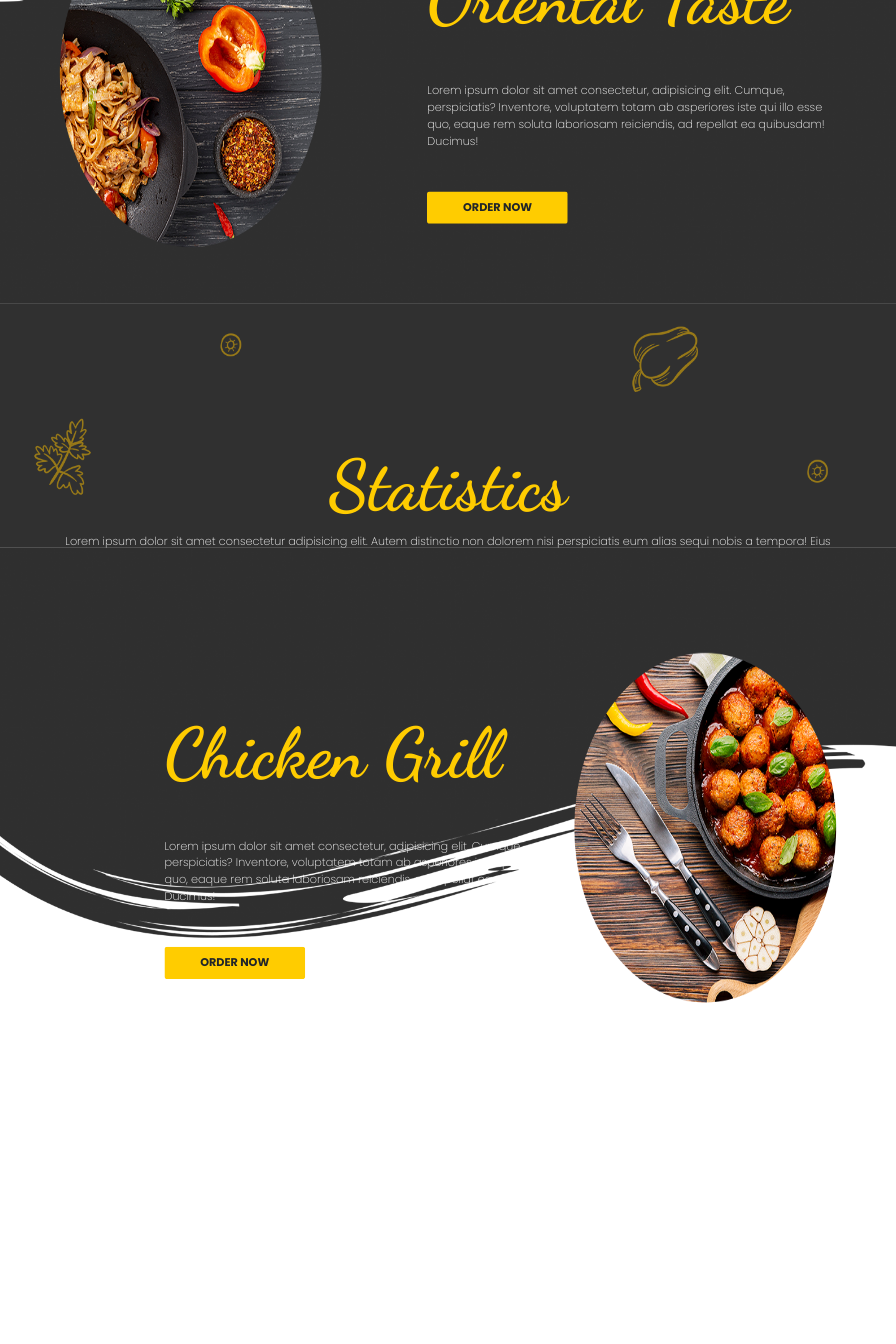
Repository: iphoneboy46/templateRestaurent
Page: index.html
These files come from the project's save history. The page is drawn as it stood at one moment and after the next save; the edit follows.
The browser window is 1280 px wide. The pictures show the part of the page from y = 2152 to 4072 px (the page is 4134 px tall), at 70% of full size.

Above is the page before, as saved 2022-10-12 16:43:50.

### index.html
<!DOCTYPE html>
<html lang="en">

<head>
    <meta charset="UTF-8">
    <meta http-equiv="X-UA-Compatible" content="IE=edge">
    <meta name="viewport" content="width=device-width, initial-scale=1.0">
    <link rel="stylesheet" href="https://cdn.jsdelivr.net/npm/bootstrap@4.3.1/dist/css/bootstrap.min.css"
        integrity="sha384-ggOyR0iXCbMQv3Xipma34MD+dH/1fQ784/j6cY/iJTQUOhcWr7x9JvoRxT2MZw1T" crossorigin="anonymous">
    <script src="https://code.jquery.com/jquery-3.3.1.slim.min.js"
        integrity="sha384-q8i/X+965DzO0rT7abK41JStQIAqVgRVzpbzo5smXKp4YfRvH+8abtTE1Pi6jizo"
        crossorigin="anonymous"></script>
    <script src="https://cdn.jsdelivr.net/npm/popper.js@1.14.7/dist/umd/popper.min.js"
        integrity="sha384-UO2eT0CpHqdSJQ6hJty5KVphtPhzWj9WO1clHTMGa3JDZwrnQq4sF86dIHNDz0W1"
        crossorigin="anonymous"></script>
    <script src="https://cdn.jsdelivr.net/npm/bootstrap@4.3.1/dist/js/bootstrap.min.js"
        integrity="sha384-JjSmVgyd0p3pXB1rRibZUAYoIIy6OrQ6VrjIEaFf/nJGzIxFDsf4x0xIM+B07jRM"
        crossorigin="anonymous"></script>
    <link rel="stylesheet" href="https://cdnjs.cloudflare.com/ajax/libs/font-awesome/6.2.0/css/all.min.css"
        integrity="sha512-xh6O/CkQoPOWDdYTDqeRdPCVd1SpvCA9XXcUnZS2FmJNp1coAFzvtCN9BmamE+4aHK8yyUHUSCcJHgXloTyT2A=="
        crossorigin="anonymous" referrerpolicy="no-referrer" />
    <link rel="stylesheet" href="style.css">
    <title>Document</title>
</head>

<body>
    <header class="header container-fluid">
        <nav class="menu__list pt-3">
            <div class="logo">
                <a class="navbar-brand">
                    <img src="images/logo.png" alt="">
                </a>
            </div>
            <ul class="menu__items">
                <li class="nav-item">
                    <a class="nav-link text-white" href="#">Home</a>
                </li>
                <li class="nav-item">
                    <a class="nav-link text-white" href="#">Product</a>
                </li>
                <li class="nav-item">
                    <a class="nav-link text-white" href="#">Promo</a>
                </li>
                <li class="nav-item">
                    <a class="nav-link text-white" href="#">About</a>
                </li>
                <li class="nav-item">
                    <a class="nav-link text-white" href="#">Contact</a>
                </li>
            </ul>
            <div class="item--search">
                <i class="fa-solid fa-magnifying-glass"></i>
            </div>
        </nav>
        <div class="header__content">
            <h1>Title Here</h1>
            <p>Lorem ipsum dolor sit amet consectetur, adipisicing elit. Cumque, perspiciatis? Inventore, voluptatem
                totam ab asperiores iste qui illo esse quo, eaque rem soluta laboriosam reiciendis, ad repellat ea
                quibusdam! Ducimus!</p>
            <button type="button" class="btn">ORDER NOW</button>
        </div>
    </header>
    <section class="section">
        <div class="section__best-seller container">
            <h1>Best seller</h1>
            <p>Lorem ipsum dolor sit amet consectetur adipisicing elit. Autem distinctio non dolorem nisi perspiciatis
                eum alias sequi nobis a tempora! Eius perferendis sequi provident tempora deserunt ipsa excepturi,
                laboriosam numquam.</p>
            <div class="section__best-seller--list">
                <div class="section__best-seller--item">
                    <div>
                        <img src="images/img1.png" alt="">
                    </div>
                    <div>
                        <h2>Title Here</h2>
                    </div>
                    <div>
                        <p>Lorem ipsum dolor sit amet consectetur adipisicing elit. </p>
                    </div>
                </div>
                <div class="section__best-seller--item">
                    <div>
                        <img src="images/img2.png" alt="">
                    </div>
                    <div>
                        <h2>Title Here</h2>
                    </div>
                    <div>
                        <p>Lorem ipsum dolor sit amet consectetur adipisicing elit. </p>
                    </div>
                </div>
                <div class="section__best-seller--item">
                    <div>
                        <img src="images/img3.png" alt="">
                    </div>
                    <div>
                        <h2>Title Here</h2>
                    </div>
                    <div>
                        <p>Lorem ipsum dolor sit amet consectetur adipisicing elit. </p>
                    </div>
                </div>
            </div>
        </div>
        <div class="section__Oriental">
            <div class="section__Oriental--content container">
                <div class="section__Oriental--img">
                    <img src="images/img8.png" alt="">
                </div>
                <div class="section__Oriental--title">
                    <h1>Oriental Taste</h1>
                    <p>Lorem ipsum dolor sit amet consectetur, adipisicing elit. Cumque, perspiciatis? Inventore,
                        voluptatem totam ab asperiores iste qui illo esse quo, eaque rem soluta laboriosam reiciendis,
                        ad repellat ea quibusdam! Ducimus!</p>
                    <button type="button" class="btn">ORDER NOW</button>
                </div>
            </div>
        </div>
        <div class="section__Statistics">
            <div class="section__Statistics--title container">
                <h1>Statistics</h1>
                <p>Lorem ipsum dolor sit amet consectetur adipisicing elit. Autem distinctio non dolorem nisi
                    perspiciatis eum alias sequi nobis a tempora! Eius perferendis sequi provident tempora deserunt ipsa
                    excepturi, laboriosam numquam.</p>
            </div>
            <div class="section__Statistics--img">
                <img src="images/img7.png" alt="">
                <img src="images/img6.png" alt="">
                <img src="images/img5.png" alt="">
                <img src="images/img4.png" alt="">
            </div>
            <div class="section__Chicken">
                <div class="section__Oriental--content container">
                    <div class="section__Oriental--title">
                        <h1>Chicken Grill</h1>
                        <p>Lorem ipsum dolor sit amet consectetur, adipisicing elit. Cumque, perspiciatis? Inventore,
                            voluptatem totam ab asperiores iste qui illo esse quo, eaque rem soluta laboriosam
                            reiciendis, ad repellat ea quibusdam! Ducimus!</p>
                        <button type="button" class="btn">ORDER NOW</button>
                    </div>
                    <div class="section__Oriental--img">
                        <img src="images/img9.png" alt="">
                    </div>
                </div>
            </div>
        </div>
        <div class="section__comment">

        </div>
    </section>
</body>

</html>

### style.css
@import url('https://fonts.googleapis.com/css2?family=Poppins:wght@200&display=swap');
@import url('https://fonts.googleapis.com/css2?family=Dancing+Script:wght@700&family=Great+Vibes&family=Pacifico&family=Poppins:wght@200;700&family=Yellowtail&display=swap');
@import url('https://fonts.googleapis.com/css2?family=Dancing+Script:wght@700&family=Pacifico&family=Poppins:wght@200&display=swap');


* {
    padding: 0;
    margin: 0;
    box-sizing: border-box;
    font-family: 'Poppins', sans-serif;
    text-decoration: none;
    list-style: none;
}

.logo {
    width: 30%;
}

.header {
    background-image: url(images/header.png);
    width: 100%;
    height: 1000px;
    background-size: 100%;
    background-repeat: no-repeat;
    object-fit: fill;
}

.menu__list {
    display: flex;
    justify-content: space-between;
    align-items: center;
}

.menu__items {
    display: flex;
    justify-content: space-between;
    align-items: center;
    width: 50%;
}

.menu__items li a {
    font-size: 30px;
}


.item--search i {
    margin-right: 10px;
    color: white;
    font-size: 30px;
}

.header__content {
    width: 635px;
    position: absolute;
    top: 50%;
    left: 65%;
    transform: translate(-50%, -50%)
}



.header__content h1 {
    color: #ffcc00;
    font-size: 130px;
    font-weight: bold;
    font-family: 'Dancing Script', sans-serif;
}

.header__content p {
    font-size: 18px;
    color: white;
    line-height: 30px;
    margin-top: 30px;
    margin-bottom: 30px;
}

.header__content .btn {
    background-color: #ffcc00;
    font-weight: 800;
    padding: 10px 50px;
}

.section {
    margin-top: 140px;
}

.section__best-seller h1 {
    text-align: center;
    font-size: 50px;
    font-family: 'Dancing Script', sans-serif;
}

.section__best-seller p {
    text-align: center;
    font-weight: 500;
    margin-top: 20px;
    margin-bottom: 40px;
}

.section__best-seller--list {
    display: flex;
    justify-content: space-between;
    align-items: center;
}

.section__best-seller--item {
    display: flex;
    flex-direction: column;
    justify-content: space-around;
    align-items: center;
}

.section__best-seller--item h2 {
    text-align: center;
    margin-top: 5px;
    font-family: 'Dancing Script', sans-serif;
    font-weight: bolder;
}

.section__Oriental {
    margin-top: 150px;
    background-image: url(images/Design3.png);
    width: 100%;
    background-repeat: no-repeat;
    background-size: 100%;
    padding-bottom: 80px;
}

.section__Oriental--content {
    display: flex;
    justify-content: space-between;
    align-items: center;
}

.section__Oriental--img {
    margin-top:150px;
    width: 100%;
    height: 500px;
}

.section__Oriental--img img {
    width: 100%;
    height: 100%;
}

.section__Oriental--title{
    margin-left:150px;
    margin-top: 200px;
}


.section__Oriental--title h1 {
    color: #ffcc00;
    font-size: 100px;
    font-weight: bold;
    font-family: 'Dancing Script', sans-serif;
}

.section__Oriental--title p {
    color: white;
    font-size:16px;
    margin-top: 60px;
    margin-bottom: 60px;
}

.section__Oriental--title .btn {
    background-color: #ffcc00;
    font-weight: 800;
    padding: 10px 50px;
}

.section__Statistics{
    position: relative;
    background-image: url(images/Design2.png);
    background-color: #303030;
    background-repeat: no-repeat;
    background-size: 100%;
    padding-top: 200px;
    width: 100%;
    height: 1200px;
    z-index: 10;
}

.section__Statistics--title h1{
    color: #ffcc00;
    font-size: 100px;
    font-weight: bold;
    font-family: 'Dancing Script', sans-serif;
    text-align: center;
}

.section__Statistics--title p {
    text-align: center;
    color: white;
}

.section__Statistics--img{
    width: 65%;
    margin: auto;
    display: flex;
    justify-content: space-between;
    align-items: center;
    margin-top: 97px;
}

.section__Chicken{
    position: absolute;
    top: -1px;
    background-image: url(images/Design4.png);
    background-color: white;
    height: 1200px;
    width: 100%;
    background-repeat: no-repeat;
    background-size: 100%;
    margin-top: 350px;
    z-index: 9;
}

After the next save:
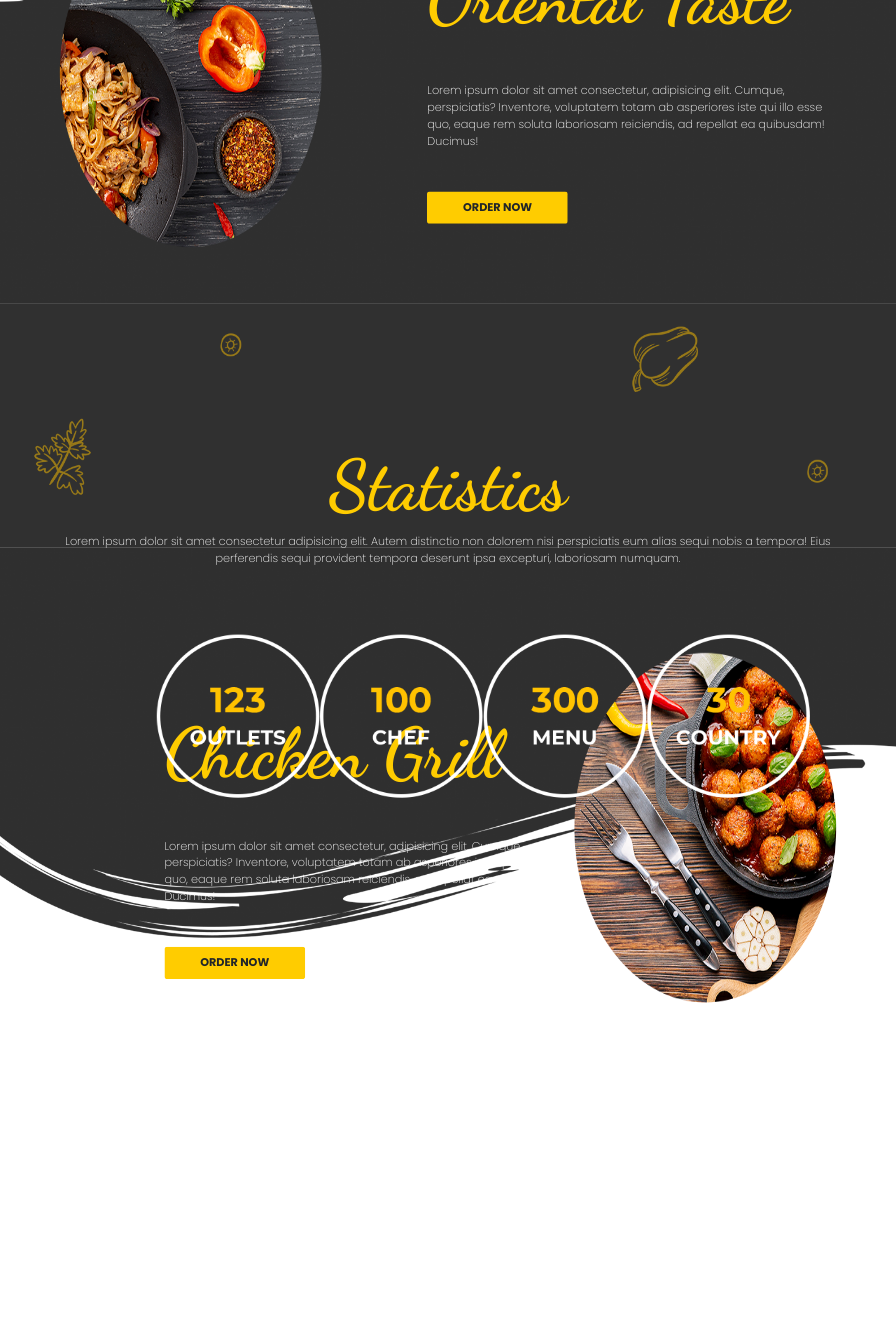
Saved 6 s later.
--- a/style.css
+++ b/style.css
@@ -213,5 +213,5 @@
     background-repeat: no-repeat;
     background-size: 100%;
     margin-top: 350px;
-    z-index: 9;
-}
+    z-index: -1;
+}
